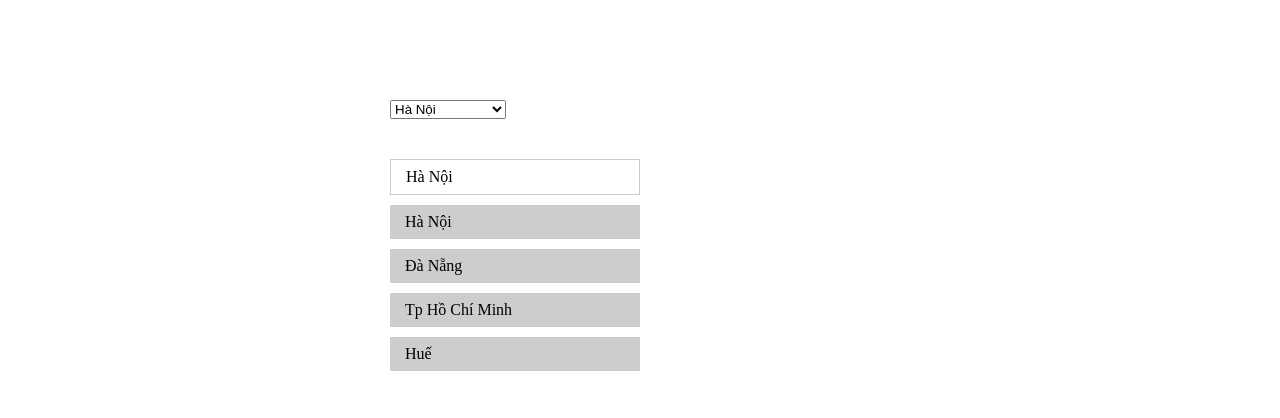
Repository: khanhbinh87/learnJs
Page: customSelect/index.html
An editor plug-in stored every save of this project. The page is shown before and after a run of saves, followed by the edit.
The browser window is 1280 px wide. The pictures show the whole page.

Above is the page before, as saved 2021-06-16 14:12:17.

### customSelect/index.html
<!DOCTYPE html>
<html lang="en">
<head>
    <meta charset="UTF-8">
    <meta name="viewport" content="width=device-width, initial-scale=1.0">
    <title>Document</title>
    <link rel="stylesheet" href="style.css">
</head>
<body>
        <form action="">
            <select name="" id="" class="custom-select">
                <option value="hanoi">Hà Nội</option>
                <option value="danang" >Đà Nẵng</option>
                <option value="tphcm">Tp Hồ Chí Minh</option>
                <option value="hue" >Huế</option>
            </select>
            <!-- <div class="wrapper-selected">
                <div class="selected" my-value="">Text tam thoi</div>
                <ul class="list-options">
                    <li my-value="hanoi">Hà Nội</li>
                    <li my-value="danang">Đà Nẵng</li>
                    <li my-value="tphcm">Tp Hồ Chí Minh</li>
                    <li my-value="hue">Huế</li>
                </ul>
            </div> -->
        </form>
        <script src="main.js"></script>
</body>
</html>

### customSelect/style.css
*{
    margin: 0;
    padding: 0;
    box-sizing: border-box;
}
form{
    margin:50px auto;
    width: 500px;
}
body{
    padding: 50px;
}
.custom-select {
    margin-bottom: 40px;

}
.selected{
    margin-bottom: 10px;
}
ul li + li{
    margin-top: 10px;
}
.wrapper-selected{
    width: 250px;
}
.wrapper-selected > .selected{
    border:1px solid #ccc;
    padding: 8px 15px;
}
.wrapper-selected > .list-options{
    list-style: none;
}
.wrapper-selected > .list-options > li{
    padding: 8px 15px;
    background-color: #cdcdcd;
    border
}

### customSelect/main.js
//tao div
//tao class
//tao div rong
//tao my-value
//tao text

var select = document.querySelector('.custom-select');
if(select){
    var listOptions = Array.from(select.querySelectorAll('option'))

    //tao div bao
    var divWrapper  = document.createElement('div');
        divWrapper.classList.add('wrapper-selected');

    //tao div select
    var divSelected = document.createElement('div');
        divSelected.classList.add('selected');


        if(listOptions.length > 0){
            divSelected.setAttribute('my-value',listOptions[0].getAttribute('value'))
            divSelected.innerText = listOptions[0].innerText

        }

    //tao ul li
    var ulElement = document.createElement('ul');
        ulElement.classList.add('list-options')

    //duyet tung listOptions
    listOptions.forEach(function(optionEl,index){
        var valueOption = optionEl.getAttribute('value');
        var textOption  = optionEl.innerText;

        //check co selected hay ko de tjay doi
        if(optionEl.getAttribute('selected') !== null){
            divSelected.setAttribute('my-value',valueOption)
            divSelected.innerText = textOption;
        }

        var liElement = document.createElement('li');
            liElement.setAttribute('my-value',valueOption);
            liElement.innerText = textOption;

            liElement.addEventListener('click',function(e){

                divSelected.setAttribute('my-value',this.getAttribute('my-value'));
                divSelected.innerText = this.innerText;


                var selectString = `option[value=${this.getAttribute('my-value')}]`


                if(select.querySelector('option[selected]')){
                    select.querySelector('option[selected]').removeAttribute('selected')
                }

                select.querySelector(selectString).setAttribute('selected',true);

                //listOptions[index].setAttribute('selected',true)
                // selectString.setAttribute('selected',true)

            })
            ulElement.append(liElement)

    })

    //appending
    divWrapper.append(divSelected);
    divWrapper.append(ulElement);
    document.body.appendChild(divWrapper);


    //chen div wrapper vao truoc hoac sau
    select.parentNode.insertBefore(divWrapper,select.nextSibling);

}

After the next 2 saves:
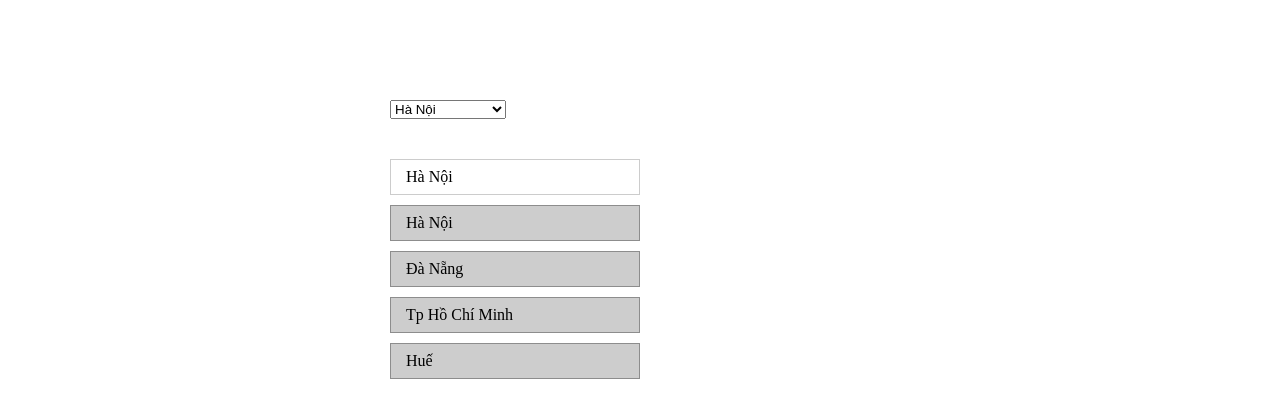
The 2 saves are shown as one change because they came seconds apart.
The last was saved 8 s later.
--- a/customSelect/style.css
+++ b/customSelect/style.css
@@ -33,5 +33,5 @@ ul li + li{
 .wrapper-selected > .list-options > li{
     padding: 8px 15px;
     background-color: #cdcdcd;
-    border
+    border:1px solid #8d8d8d;
 }
